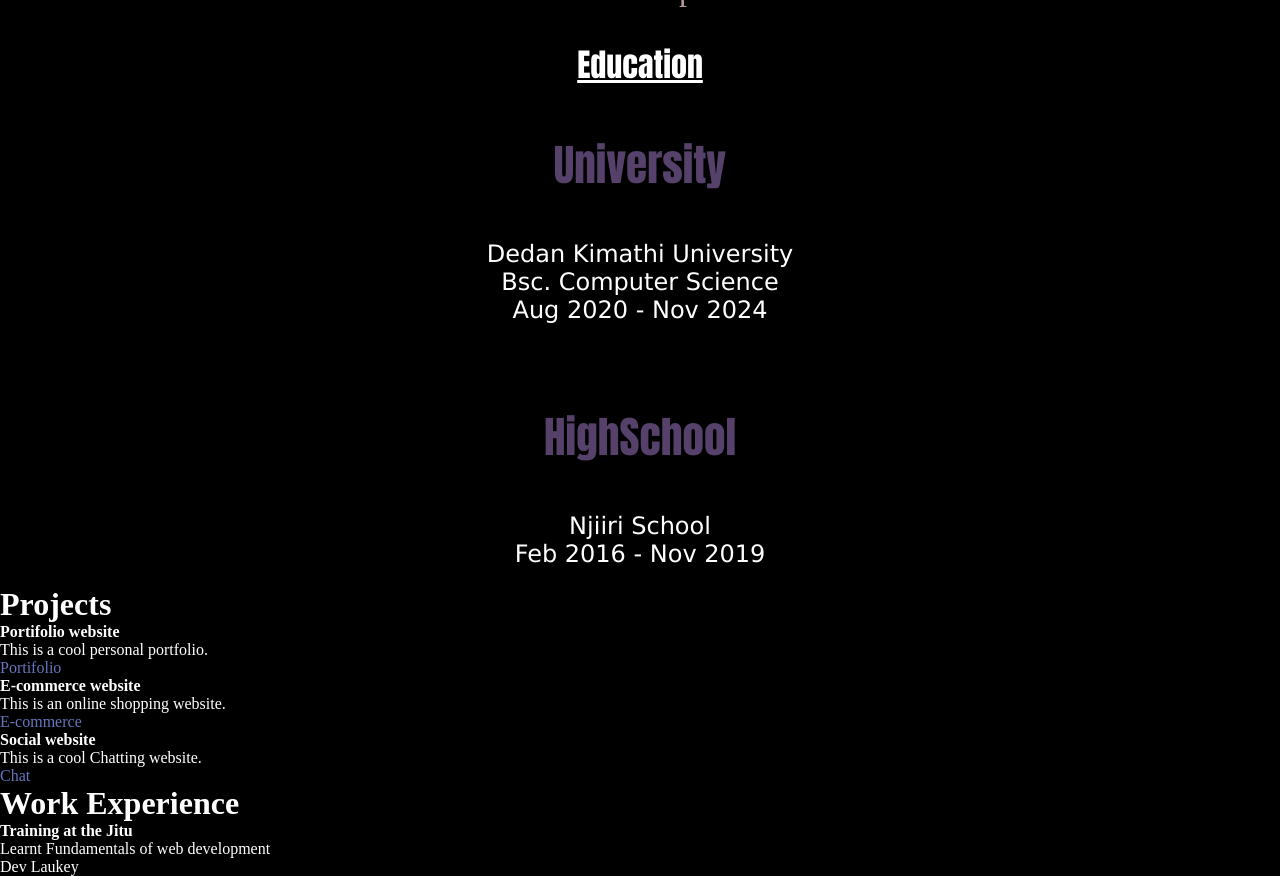
Repository: LaukeyMwaura/Jitu-Day-2
Page: index.html
The author's editor kept a copy of each file at every save. The page is drawn from the files as they stood at one save, then again after the next save.
The browser window is 1280 px wide. The pictures show the part of the page from y = 836 to 1788 px (the page is 1712 px tall before and 1788 px after).
A picture or video elsewhere on the page could not be fetched, so the positions and the page height are approximate.

Above is the page before, as saved 2022-05-12 00:37:31.

After the next save:
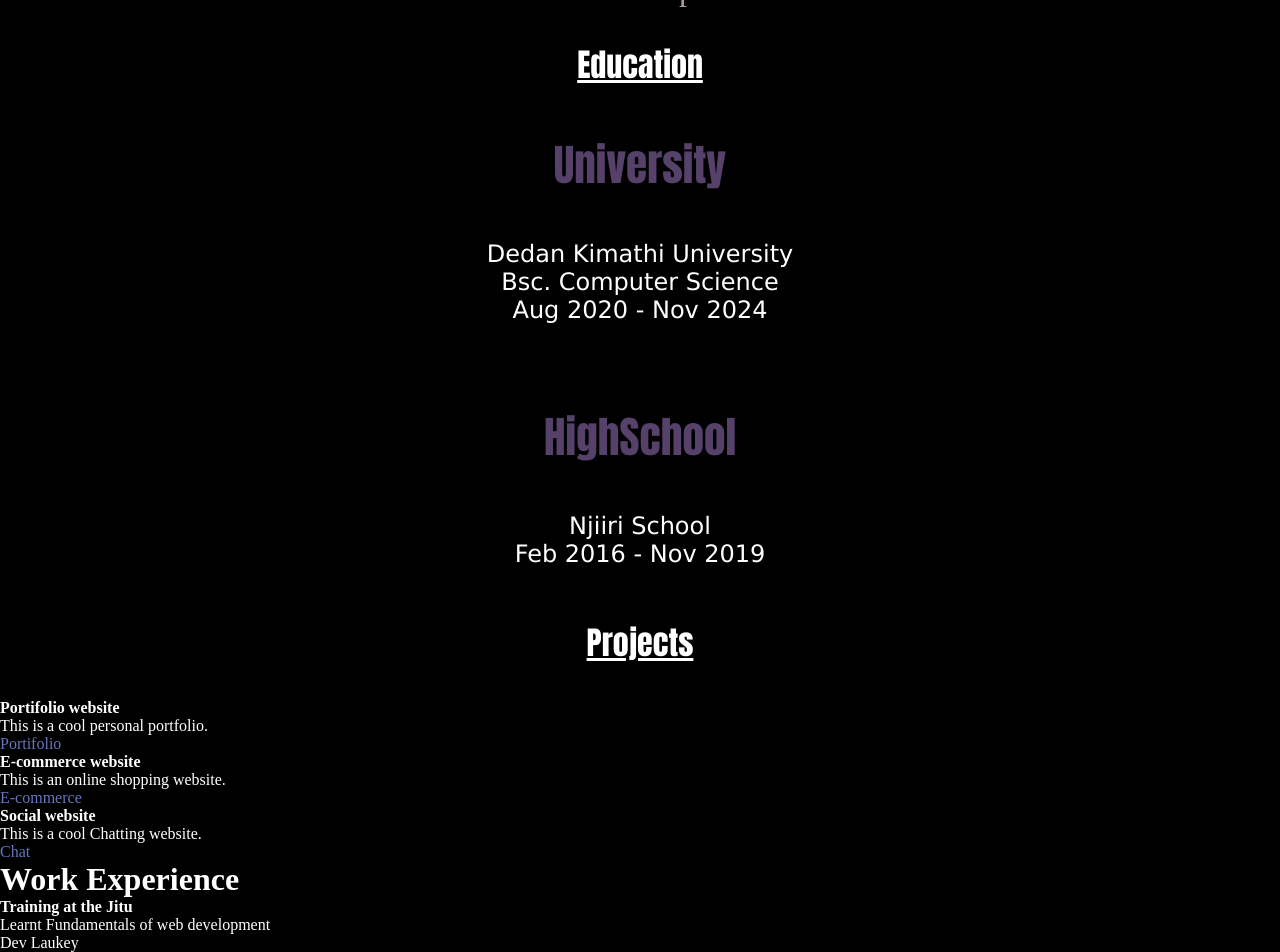
Saved 12 s later.
--- a/index.html
+++ b/index.html
@@ -74,7 +74,7 @@
     </div>
     <br>
     <div class="project" id="projects">
-      <h1>Projects</h1>
+      <h1 class="heading">Projects</h1>
       <div class="project" >
         <h4>Portifolio website</h4>
         <p>This is a cool personal portfolio.</p>
